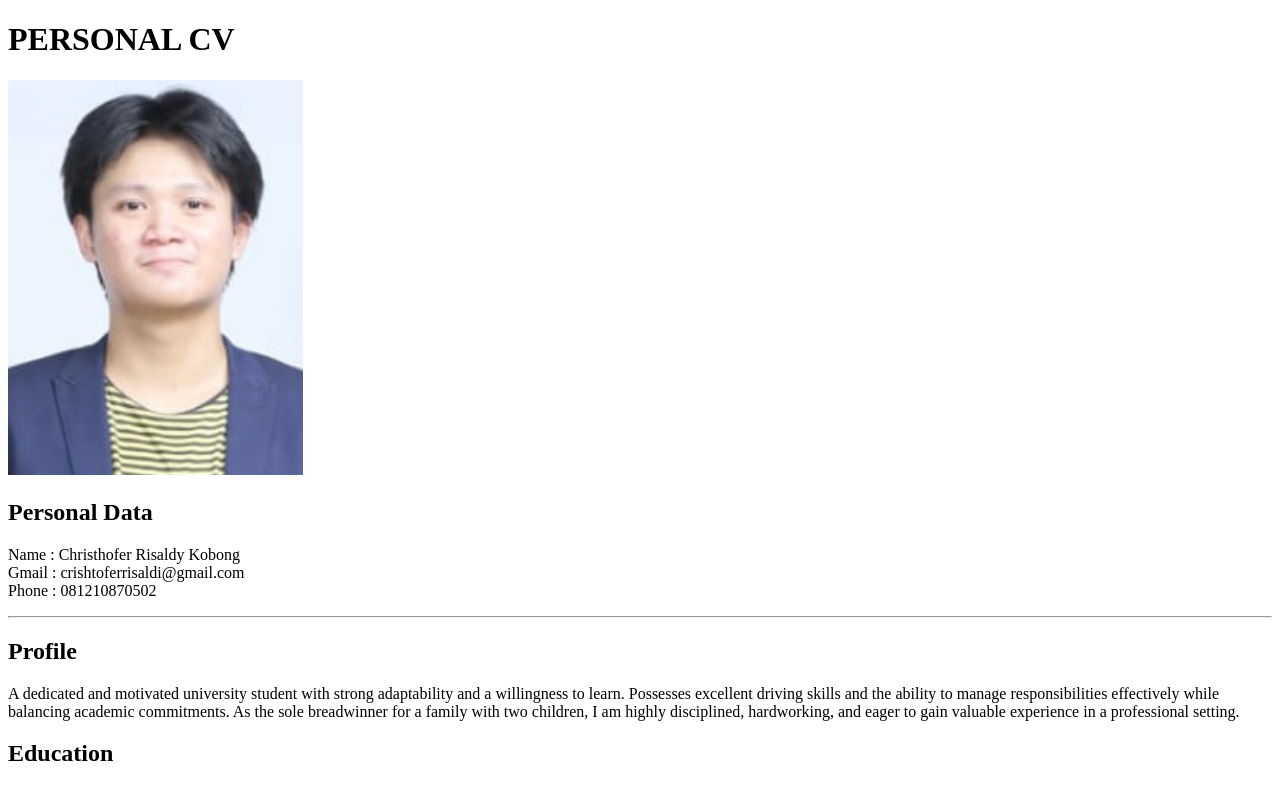
Repository: ChristhoferRisaldy/CVWeb
Page: web.html
These files come from the project's save history. The page is drawn as it stood at one moment and after the next save; the edit follows.
The browser window is 1280 px wide. The pictures show the whole page.

Above is the page before, as saved 2025-02-21 21:09:19.

After the next save:
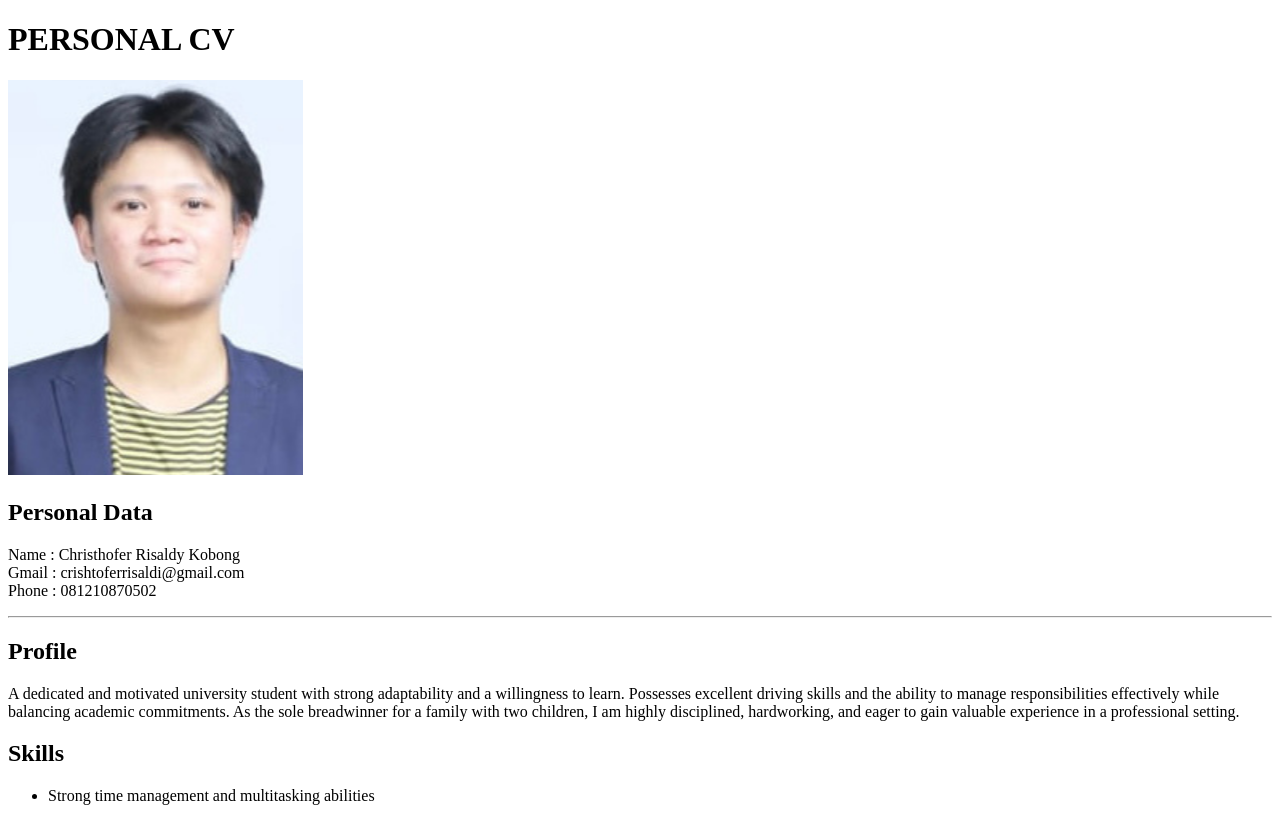
Saved 4 min 6 s later.
--- a/web.html
+++ b/web.html
@@ -19,5 +19,8 @@
         <p>A dedicated and motivated university student with strong adaptability and a willingness to learn. Possesses excellent driving skills and the ability to manage responsibilities effectively while balancing academic commitments. As the sole breadwinner for a family with two children, I am highly disciplined, hardworking, and eager to gain valuable experience in a professional setting.
         </p>
 
-        <h2>Education</h2>
+        <h2>Skills</h2>
+        <ul>
+            <li>Strong time management and multitasking abilities</li>
+        </ul>
 </html>
